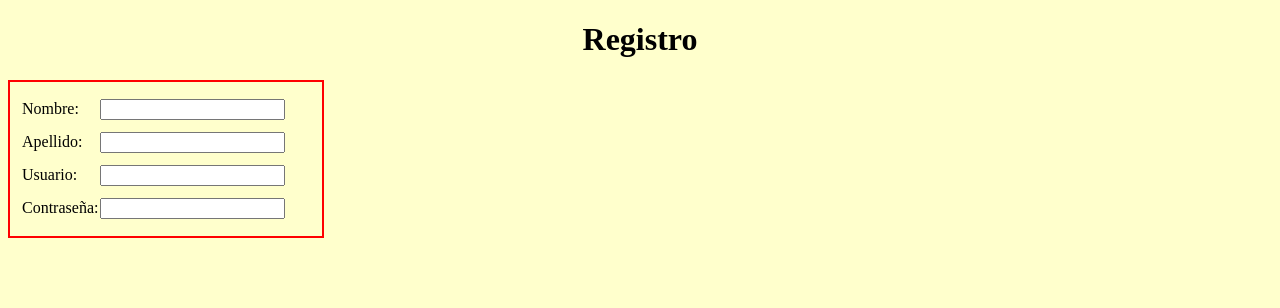
Repository: jchemile/varios
Page: pildoras_informaticas/javaee/Primeros_pasos_JSP/WebContent/Formuario_Login.html
An editor plug-in stored every save of this project. The page is shown before and after the next save, followed by the edit.
The browser window is 1280 px wide. The pictures show the whole page.

Above is the page before, as saved 2020-04-20 05:14:15.

### pildoras_informaticas/javaee/Primeros_pasos_JSP/WebContent/Formuario_Login.html
<!doctype html>

<html>
<head>
<meta charset = "utf-8">
<title>Documento sin título</title>
<style>

body{
	background-color: #FFC;
}

table{
	backgroud: #FF6;
	padding: 10px;
	border: solid 2px #FF0000;
}

td{
	padding: 5px 0;
}

</style>
</head>

<body>
<h1 style = "text-align:center">Registro</h1>
<form action="" method = "get">
	<table width="25%">

	  <tr>
		<td width="13%"><label for="nombre">Nombre: </label></td>
		<td width="87%"><input type="text" name ="nombre" id = "nombre"></td>
	  </tr>

	  <tr>
	  	<td><label for = "apellido">Apellido: </label></td>
	  	<td><input type = "text" name = "apellido" id="apellido"></td>
	  </tr>

	  <tr>
	  	<td><label for = "usuario">Usuario: </label></td>
	  	<td><input type = "text" name = "usuario" id = "usuario"></td>
	  </tr>

	  <tr>
	  	<td><label for = "contra">Contraseña: </label></td>
	  	<td><input type = "text" name = "contra" id = "contra"></td>
	  </tr>


	</table>

</form>

</body>

</html>

After the next save:
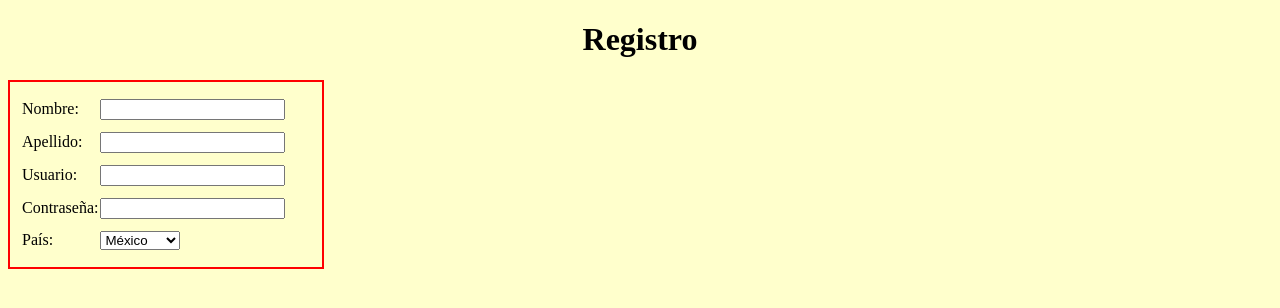
Saved 19 min 1 s later.
--- a/pildoras_informaticas/javaee/Primeros_pasos_JSP/WebContent/Formuario_Login.html
+++ b/pildoras_informaticas/javaee/Primeros_pasos_JSP/WebContent/Formuario_Login.html
@@ -48,6 +48,17 @@ td{
 	  	<td><input type = "text" name = "contra" id = "contra"></td>
 	  </tr>
 
+	<tr>
+		<td><label for = "pais">País: </label></td>
+		<td><select name = "pais" id = "pais">
+			<option>México</option>
+			<option>Colombia</option>
+			<option>Chile</option>
+			<option>Perú</option>
+			<option>Argentina</option>
+		    <option>España</option>
+		</select>
+	</tr>
 
 	</table>
 
